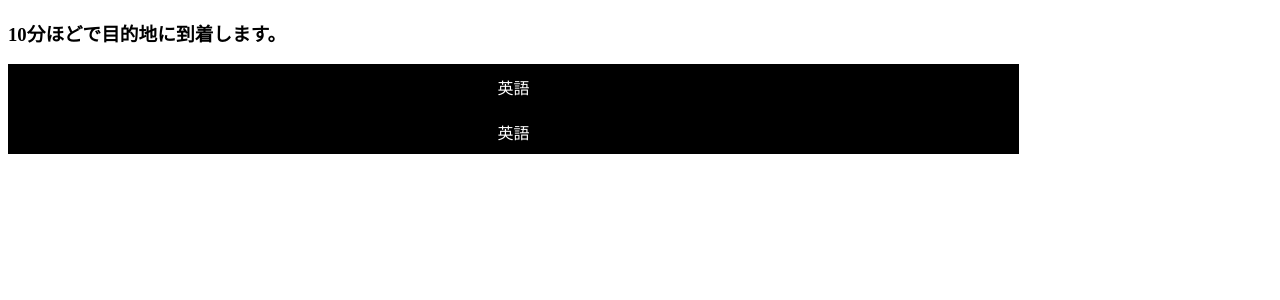
Repository: MBR3/MBR3.github.io
Page: index.html
The author's editor kept a copy of each file at every save. The page is drawn from the files as they stood at one save, then again after the next save.
The browser window is 1280 px wide. The pictures show the whole page.

Above is the page before, as saved 2022-10-22 12:40:59.

### index.html
<!DOCTYPE html>
<html>
    <head>
        <title>バス運行（業務用）</title>
        <link rel="stylesheet" href="index.css">
        <script src="index.js"></script>
    </head>

    <body>
        <h3>10分ほどで目的地に到着します。</h3>

        <div class="btn" onclick="eng_audio()">英語</div>
        <audio id="eng_btn_audio">
            <source src="./audio/english-10.mp3" type="audio/mp3">
        </audio>

        <div class="btn" onclick="eng_audio()">英語</div>
        <audio id="eng_btn_audio">
            <source src="./audio/english-10.mp3" type="audio/mp3">
        </audio>
    </body>
</html>

### index.css
.btn {
    box-sizing: border-box;
    background-color: #000;
    color: #fff;
    cursor: pointer;
    display: flex;
    align-items: center;
    justify-content: center;
    height: 45px;
    width: 80%;
}

### index.js
function audio(language) {
    document.getElementById(language + '_btn_audio').currentTime = 0; //連続クリックに対応
    document.getElementById(language + '_btn_audio').play(); //クリックしたら音を再生
}

function eng_audio() {
    audio("eng")
}

After the next save:
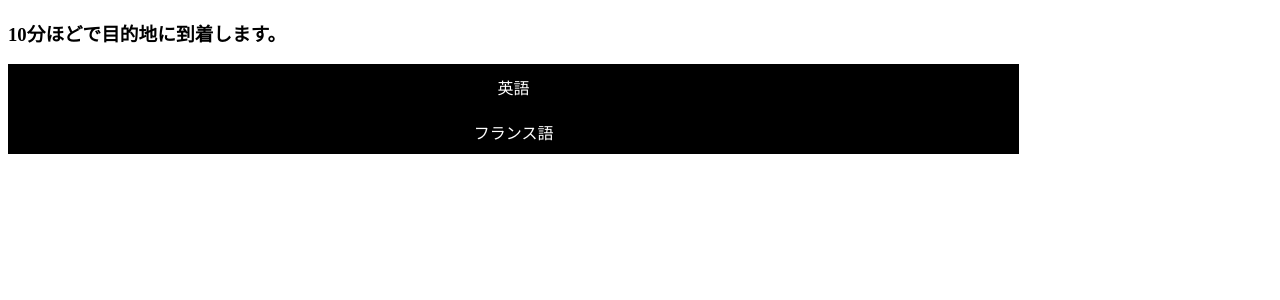
Saved 13 s later.
--- a/index.html
+++ b/index.html
@@ -14,9 +14,9 @@
             <source src="./audio/english-10.mp3" type="audio/mp3">
         </audio>
 
-        <div class="btn" onclick="eng_audio()">英語</div>
-        <audio id="eng_btn_audio">
-            <source src="./audio/english-10.mp3" type="audio/mp3">
+        <div class="btn" onclick="fra_audio()">フランス語</div>
+        <audio id="fra_btn_audio">
+            <source src="./audio/france-10.mp3" type="audio/mp3">
         </audio>
     </body>
 </html>
